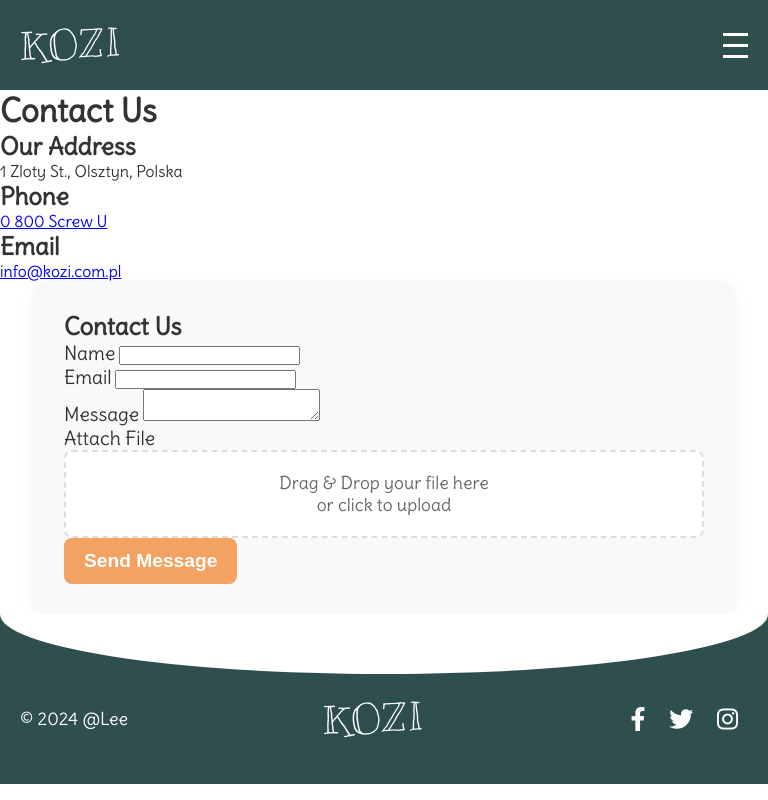
Repository: leerichie/kozi
Page: index.html
An editor plug-in stored every save of this project. The page is shown before and after the next save, followed by the edit.
The browser window is 768 px wide. The pictures show the whole page.

Above is the page before, as saved 2024-10-24 20:06:14.

### index.html
<!DOCTYPE html>
<html lang="en">

<head>
    <meta charset="UTF-8">
    <meta name="viewport" content="width=device-width, initial-scale=1.0">
    <meta http-equiv="X-UA-Compatible" content="IE=edge">
    <link rel="stylesheet" href="css/styles.css">
    <link rel="stylesheet" href="https://cdnjs.cloudflare.com/ajax/libs/font-awesome/6.0.0-beta3/css/all.min.css">

    <title>Contact Form</title>
</head>

<body>
    <!-- Navbar -->
    <header class="navbar">
        <div class="logo">
            <!-- <a href="#"><img src="img/logo.png" alt="Logo"></a> -->
            <h1 class="logo-text">Kozi</h1>

        </div>
        <nav>
            <ul class="nav-links">
                <li><a href="#">I</a></li>
                <li><a href="#">Love</a></li>
                <li><a href="#">Jager</a></li>
                <li><a href="#">Days</a></li>
            </ul>
            <div class="hamburger">
                <span class="bar"></span>
                <span class="bar"></span>
                <span class="bar"></span>
            </div>
        </nav>
    </header>

    <!-- Sidebar (hidden by default) -->
    <div class="sidebar">
        <ul class="sidebar-links">
            <li><a href="#">I</a></li>
            <li><a href="#">Love</a></li>
            <li><a href="#">Guiness</a></li>
            <li><a href="#">Days</a></li>
            <li><a href="#">Toooo</a></li>

        </ul>
    </div>

    <!-- Contact Section -->
    <div class="container">
        <div class="contact-header">
            <h1>Contact Us</h1>
        </div>
        <div class="contact-info">
            <div class="address">
                <h2>Our Address</h2>
                <p>1 Zloty St., Olsztyn, Polska</p>
            </div>
            <div class="phone">
                <h2>Phone</h2>
                <p><a href="tel:+123456789">0 800 Screw U</a></p>
            </div>
            <div class="email">
                <h2>Email</h2>
                <p><a href="mailto:info@example.com">info@kozi.com.pl</a></p>
            </div>
        </div>

        <div class="form-container">
            <h2>Contact Us</h2>
            <form action="#" method="POST" class="contact-form" enctype="multipart/form-data">
                <div class="form-group">
                    <label for="name">Name</label>
                    <input type="text" id="name" name="name" required>
                </div>
                <div class="form-group">
                    <label for="email">Email</label>
                    <input type="email" id="email" name="email" required>
                </div>
                <div class="form-group">
                    <label for="message">Message</label>
                    <textarea id="message" name="message" required></textarea>
                </div>

                <!-- Drag and Drop-->
                <div class="form-group">
                    <label for="attachment">Attach File</label>
                    <div class="file-drop-area" id="file-drop-area">
                        <span class="file-message">Drag & Drop your file here <br> or click to upload</span>
                        <input type="file" id="attachment" name="attachment" class="file-input" required>
                    </div>
                </div>

                <button type="submit" class="submit-btn">Send Message</button>
            </form>
        </div>
    </div>


    <!-- Footer -->
    <footer class="footer">
        <div class="footer-shape"></div>
        <div class="footer-container">

            <div class="footer-text">
                <p>&copy; 2024 @Lee</p>
            </div>
            <div class="footer-logo">
                <h1 class="logo-text">Kozi</h1>
            </div>
            <div class="footer-social">
                <a href="/" target="_blank"><i class="fab fa-facebook-f"></i></a>
                <a href="/" target="_blank"><i class="fab fa-twitter"></i></a>
                <a href="/" target="_blank"><i class="fab fa-instagram"></i></a>
            </div>
        </div>
    </footer>


    <script src="js/script.js"></script>
</body>

</html>

### css/styles.css
@font-face {
  font-family: "Delius";
  src: url("/fonts/Delius-Regular.ttf") format("truetype");
  font-weight: normal;
  font-style: normal;
}

@font-face {
  font-family: "Merriweather";
  src: url("/fonts/Kranky-Regular.ttf") format("truetype");
  font-weight: bold;
  font-style: normal;
}

@font-face {
  font-family: "Lora";
  src: url("/fonts/LeckerliOne-Regular.ttf") format("truetype");
  font-weight: normal;
  font-style: italic;
}

* {
  margin: 0;
  padding: 0;
  box-sizing: border-box;
}

body {
  font-family: "Delius", sans-serif;
  background-color: #fff;
  color: #333;
}

.logo {
  text-align: center;
}

.logo-text {
  font-family: "Merriweather", serif;
  font-size: 50px;
  letter-spacing: 10px;
  font-weight: bold;
  text-transform: uppercase;
  color: white;
  text-shadow: 2px 2px 10px rgba(0, 0, 0, 0.1);
  transform: rotate(-2deg);
}

/* Nav */
.navbar {
  display: flex;
  justify-content: space-between;
  align-items: center;
  padding: 20px;
  background-color: darkslategray;
  color: #fff;
  position: relative;
  z-index: 1000;
}

.navbar .logo img {
  width: 150px;
}

.navbar nav {
  display: flex;
  align-items: center;
}

.nav-links {
  display: flex;
  list-style: none;
}

.nav-links li {
  margin-left: 20px;
}

.nav-links a {
  text-decoration: none;
  color: #fff;
  font-size: 1.2rem;
  transition: color 0.3s ease;
}

.nav-links a:hover {
  color: #f4a261;
}

/* Hamburger animate - mob */
.hamburger {
  display: none;
  flex-direction: column;
  cursor: pointer;
  transition: all 0.3s ease;
  z-index: 1001;
}

.hamburger .bar {
  width: 25px;
  height: 3px;
  background-color: white;
  margin: 4px 0;
  transition: all 0.3s ease;
  z-index: 1001;
}

.hamburger.active .bar:nth-child(1) {
  transform: rotate(45deg) translate(0, 0);
  width: 20px;
}

.hamburger.active .bar:nth-child(2) {
  opacity: 0;
}

.hamburger.active .bar:nth-child(3) {
  transform: rotate(-45deg) translate(0, 0);
  width: 20px;
}

.hamburger.active .bar {
  height: 4px;
}

/* Sidebar */
.sidebar {
  position: fixed;
  top: 0;
  right: -250px;
  width: 250px;
  height: 100%;
  background-color: darkslategray;
  color: #fff;
  transition: 0.3s;
  padding-top: 60px;
  z-index: 999;
}

.sidebar.active {
  right: 0;
}

.sidebar-links {
  list-style: none;
  padding: 50px 0;
  text-align: center;
}

.sidebar-links li {
  margin: 20px 0;
}

.sidebar-links a {
  text-decoration: none;
  color: #fff;
  font-size: 1.5rem;
  transition: color 0.3s ease;
}

.sidebar-links a:hover {
  color: #f4a261;
}

/* Form Styling */
.form-container {
  max-width: 700px;
  margin: 0 auto;
  background-color: #f9f9f9;
  padding: 40px;
  border-radius: 15px;
  box-shadow: 0 5px 20px rgba(0, 0, 0, 0.05);
}

.form-group label {
  font-size: 1.2rem;
  font-weight: 500;
  color: #333;
  margin-bottom: 5px;
}

/* File Drop Area Styling */
.file-drop-area {
  width: 100%;
  padding: 20px;
  border: 2px dashed #ddd;
  border-radius: 8px;
  background-color: #fff;
  text-align: center;
  transition: border-color 0.3s ease;
  cursor: pointer;
}

.file-drop-area:hover,
.file-drop-area.dragging {
  border-color: #f4a261;
}

.file-message {
  font-size: 1.1rem;
  color: #666;
}

.file-input {
  display: none;
}

/* Submit Button */
.submit-btn {
  padding: 15px 25px;
  background-color: #f4a261;
  color: white;
  border: none;
  border-radius: 8px;
  font-size: 1.3rem;
  font-weight: 600;
  cursor: pointer;
  transition: background-color 0.3s ease, box-shadow 0.3s ease;
}

.submit-btn:hover {
  background-color: #e97b31;
  box-shadow: 0 5px 15px rgba(233, 123, 49, 0.3);
}

.submit-btn:focus {
  outline: none;
  background-color: #d16016;
}

/* Footer Styling */
.footer {
  position: relative;
  background-color: darkslategray;
  color: white;
  text-align: center;
  padding: 80px 20px 40px;
  overflow: hidden;
}

.footer-shape {
  position: absolute;
  top: -60px;
  left: 0;
  width: 100%;
  height: 120px;
  background-color: #fff;
  border-radius: 0 0 100% 100%;
  z-index: 0;
}

.footer-container {
  position: relative;
  z-index: 1;
  display: flex;
  justify-content: space-between;
  align-items: center;
  max-width: 1200px;
  margin: 0 auto;
  flex-wrap: wrap;
}

.footer-logo img {
  width: 100px;
}

.footer-text p {
  font-size: 1.1rem;
  margin: 0;
}

.footer-social a {
  margin: 0 10px;
  color: white;
  font-size: 1.5rem;
  transition: color 0.3s ease;
}

.footer-social a:hover {
  color: #f4a261;
}

.footer-social img {
  width: 25px;
  filter: invert(100%);
}

/* Mob */
@media (max-width: 768px) {
  .hamburger {
    display: flex;
  }

  .nav-links {
    display: none;
  }

  .form-container {
    padding: 30px;
  }

  .submit-btn {
    font-size: 1.2rem;
    padding: 12px 20px;
  }

  .footer-logo {
    flex-grow: 1;
    text-align: center;
  }

  .footer-text {
    text-align: left;
  }

  .footer-social {
    text-align: right;
  }

  .logo-text {
    font-size: 40px;
    letter-spacing: 2px;
  }
}

### js/script.js
const hamburger = document.querySelector('.hamburger');
const sidebar = document.querySelector('.sidebar');

hamburger.addEventListener('click', () => {
    sidebar.classList.toggle('active');
    hamburger.classList.toggle('active');
});

window.addEventListener('scroll', () => {
    sidebar.classList.remove('active');
    hamburger.classList.remove('active');
});
const fileInput = document.querySelector('.file-input');
const fileDropArea = document.getElementById('file-drop-area');
const fileMessage = document.querySelector('.file-message');

// Open file dialog when clicking on the drop area
fileDropArea.addEventListener('click', () => {
  fileInput.click();
});

// Highlight the drop area when dragging files over it
fileDropArea.addEventListener('dragover', (e) => {
  e.preventDefault();
  fileDropArea.classList.add('dragging');
  fileMessage.textContent = "Drop your file here";
});

// Remove highlight when dragging leaves the drop area
fileDropArea.addEventListener('dragleave', () => {
  fileDropArea.classList.remove('dragging');
  fileMessage.textContent = "Drag & Drop your file here or click to upload";
});

// Handle file drop
fileDropArea.addEventListener('drop', (e) => {
  e.preventDefault();
  fileDropArea.classList.remove('dragging');
  const files = e.dataTransfer.files;
  if (files.length) {
    fileInput.files = files; // Update the file input with dropped files
    fileMessage.textContent = `File selected: ${files[0].name}`;
  }
});

// Handle file selection via dialog
fileInput.addEventListener('change', () => {
  if (fileInput.files.length) {
    fileMessage.textContent = `File selected: ${fileInput.files[0].name}`;
  }
});

After the next save:
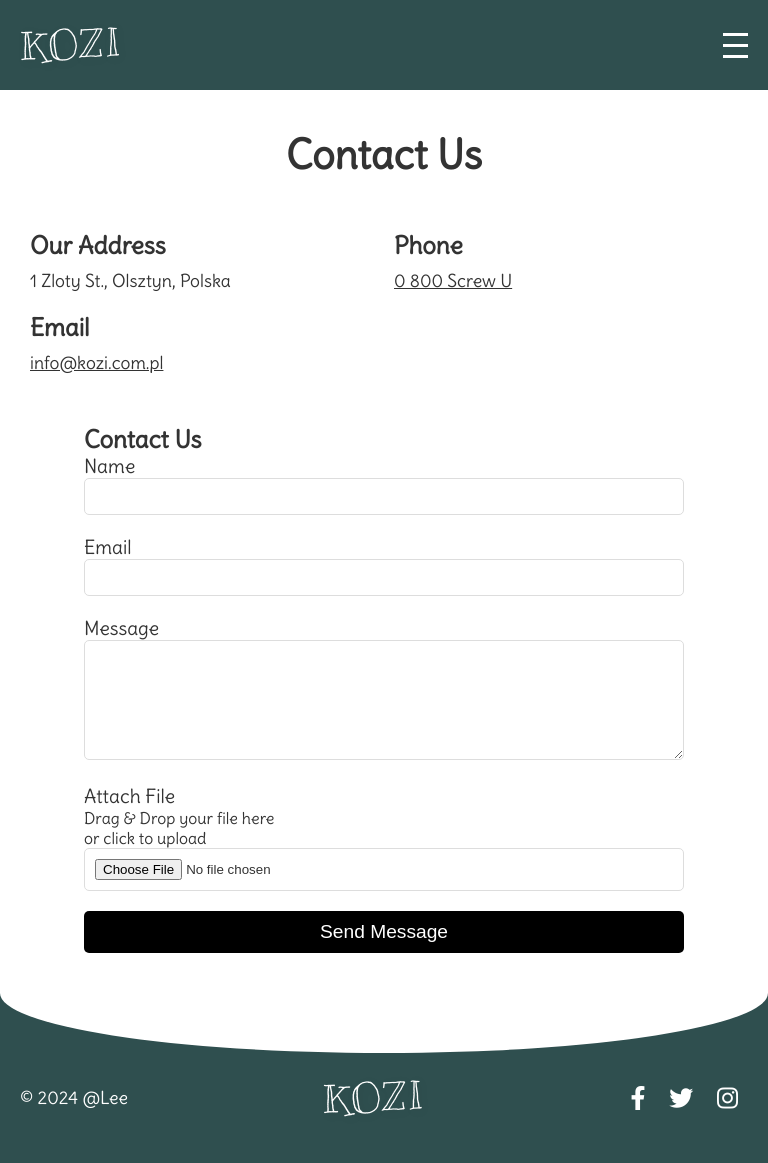
Saved 59 s later.
--- a/css/styles.css
+++ b/css/styles.css
@@ -162,70 +162,86 @@ body {
   color: #f4a261;
 }
 
-/* Form Styling */
+/* Contact Section */
+.container {
+  max-width: 1200px;
+  margin: 0 auto;
+  padding: 40px 20px;
+}
+
+.contact-header h1 {
+  text-align: center;
+  font-size: 2.5rem;
+  margin-bottom: 40px;
+}
+
+.contact-info {
+  display: flex;
+  justify-content: space-between;
+  flex-wrap: wrap;
+  margin-bottom: 40px;
+}
+
+.contact-info div {
+  flex: 1;
+  min-width: 250px;
+  margin: 10px;
+}
+
+.contact-info h2 {
+  font-size: 1.5rem;
+  margin-bottom: 10px;
+}
+
+.contact-info p,
+.contact-info a {
+  font-size: 1.1rem;
+  color: #333;
+}
+
 .form-container {
-  max-width: 700px;
+  max-width: 600px;
   margin: 0 auto;
-  background-color: #f9f9f9;
-  padding: 40px;
-  border-radius: 15px;
-  box-shadow: 0 5px 20px rgba(0, 0, 0, 0.05);
+}
+
+.contact-form {
+  display: flex;
+  flex-direction: column;
+}
+
+.form-group {
+  margin-bottom: 20px;
 }
 
 .form-group label {
+  margin-bottom: 10px;
   font-size: 1.2rem;
-  font-weight: 500;
-  color: #333;
-  margin-bottom: 5px;
-}
-
-/* File Drop Area Styling */
-.file-drop-area {
+}
+
+.form-group input,
+.form-group textarea {
   width: 100%;
-  padding: 20px;
-  border: 2px dashed #ddd;
-  border-radius: 8px;
-  background-color: #fff;
-  text-align: center;
-  transition: border-color 0.3s ease;
+  padding: 10px;
+  border: 1px solid #ddd;
+  border-radius: 5px;
+}
+
+textarea {
+  height: 120px;
+}
+
+.submit-btn {
+  padding: 10px 20px;
+  background-color: #000;
+  color: #fff;
+  border: none;
+  border-radius: 5px;
+  font-size: 1.2rem;
   cursor: pointer;
 }
 
-.file-drop-area:hover,
-.file-drop-area.dragging {
-  border-color: #f4a261;
-}
-
-.file-message {
-  font-size: 1.1rem;
-  color: #666;
-}
-
-.file-input {
-  display: none;
-}
-
-/* Submit Button */
-.submit-btn {
-  padding: 15px 25px;
+.submit-btn:hover {
   background-color: #f4a261;
-  color: white;
-  border: none;
-  border-radius: 8px;
-  font-size: 1.3rem;
-  font-weight: 600;
-  cursor: pointer;
-  transition: background-color 0.3s ease, box-shadow 0.3s ease;
-}
-
-.submit-btn:hover {
-  background-color: #e97b31;
-  box-shadow: 0 5px 15px rgba(233, 123, 49, 0.3);
-}
-
-.submit-btn:focus {
-  outline: none;
-  background-color: #d16016;
 }
 
 /* Footer Styling */
@@ -295,13 +311,9 @@ body {
     display: none;
   }
 
-  .form-container {
-    padding: 30px;
-  }
-
-  .submit-btn {
-    font-size: 1.2rem;
-    padding: 12px 20px;
+  .footer-container {
+    flex-direction: row;
+    justify-content: space-between;
   }
 
   .footer-logo {
